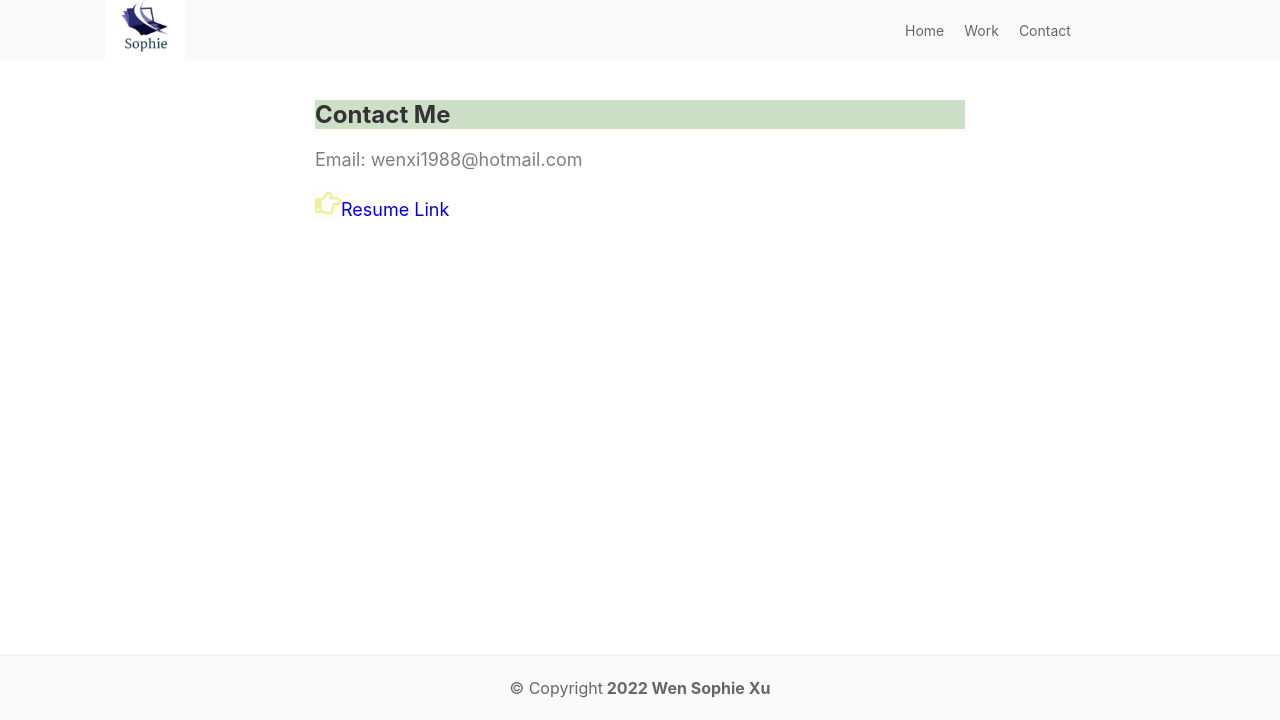
Repository: wenxi0504/myResume_app
Page: /contact
The author's editor kept a copy of each file at every save. The page is drawn from the files as they stood at one save, then again after the next save.
The browser window is 1280 px wide. The pictures show the whole page.
The project was rebuilt for these pictures with package versions that can differ from the ones it lists, and the page was loaded fresh each time. Also part of the build but not shown: src/pages/HomePage/home.module.scss, src/pages/HomePage/index.js, src/pages/WorkPage/works.module.scss, src/components/WorkLists/work.module.scss, src/components/WorkLists/index.js, src/pages/WorkPage/index.js.

Above is the page before, as saved 2022-01-04 23:15:57.

After the next save:
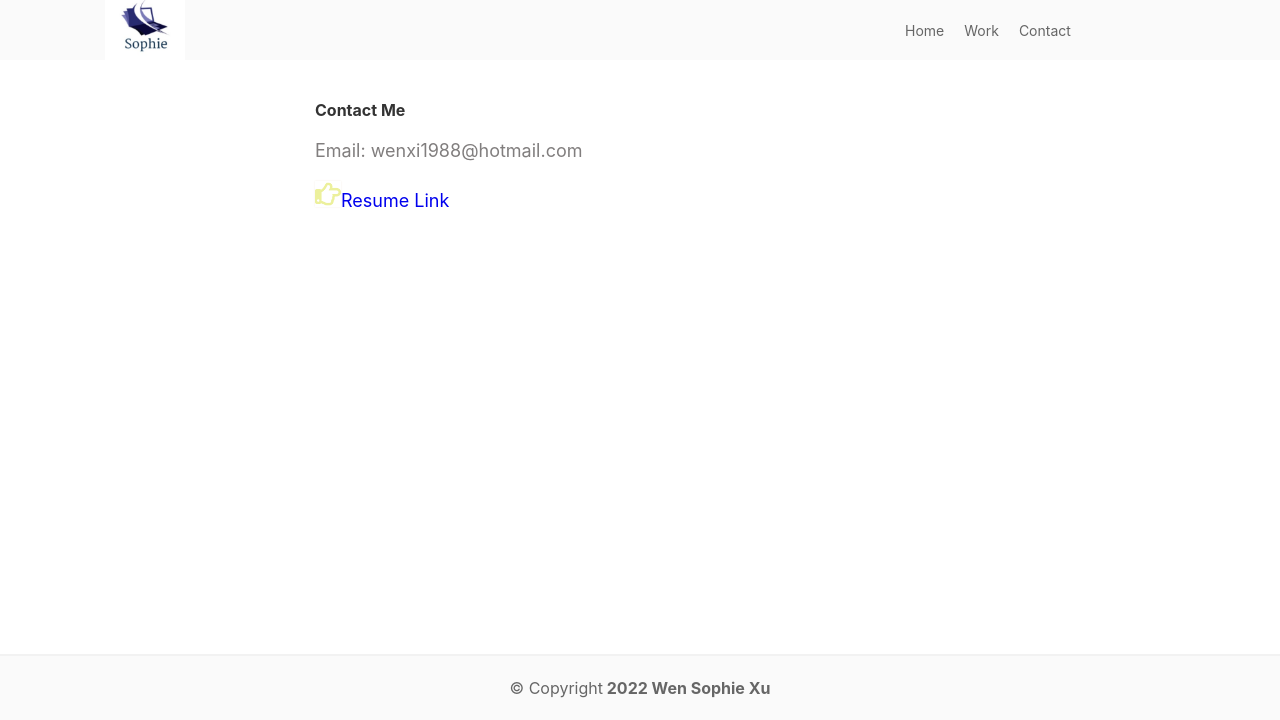
Saved 2 min 38 s later.
--- a/src/pages/Contact/contact.module.scss
+++ b/src/pages/Contact/contact.module.scss
@@ -6,10 +6,14 @@
     margin: 0px auto;
     padding: 40px 0px;
     .title {
-      h1 {
-        background: #cddfc7;
-        font-size: 24px;
+      .backgroundColor{
+        h1 {
+          background: #cddfc7;
+          font-size: 24px;
+        }
+
       }
+
       p {
         color: rgb(129, 126, 126);
         padding-top: 20px;
